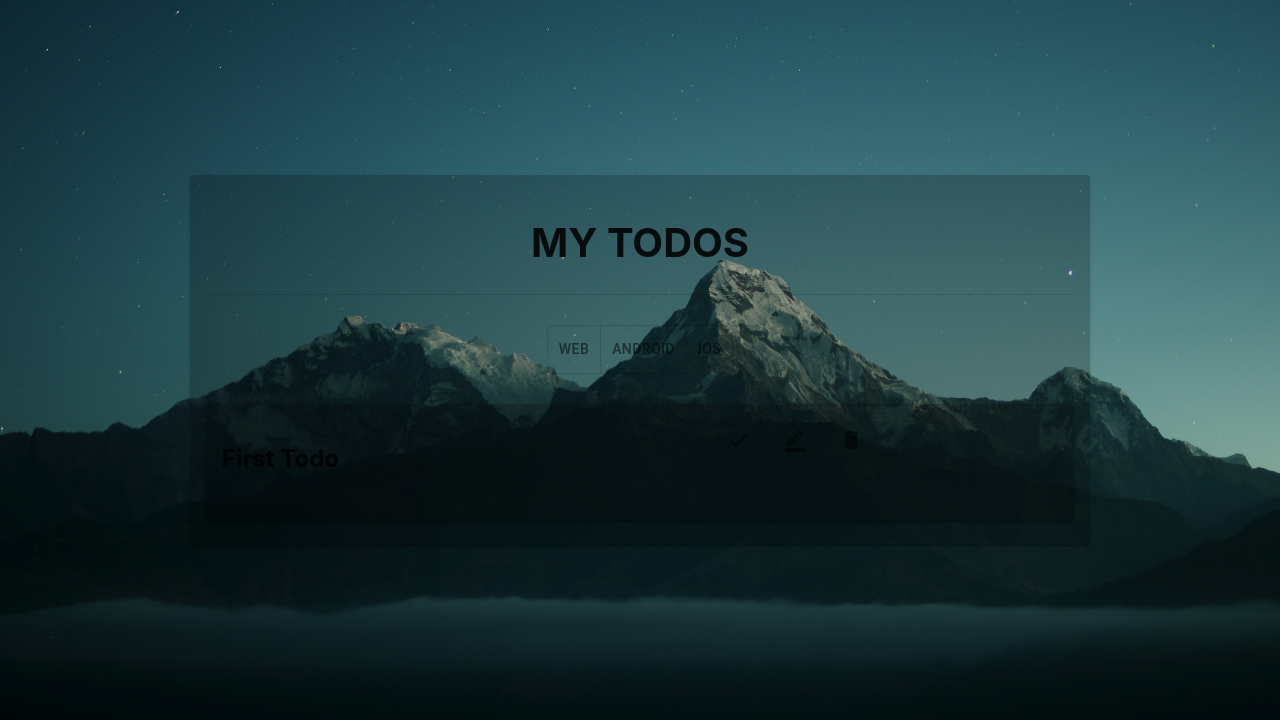
Repository: Ebadahamde/React-CRUDS-Project
Page: /
The author's editor kept a copy of each file at every save. The page is drawn from the files as they stood at one save, then again after the next save.
The browser window is 1280 px wide. The pictures show the whole page.
The project was rebuilt for these pictures with package versions that can differ from the ones it lists, and the page was loaded fresh each time.

Above is the page before, as saved 2025-08-23 16:30:09.

After the next save:
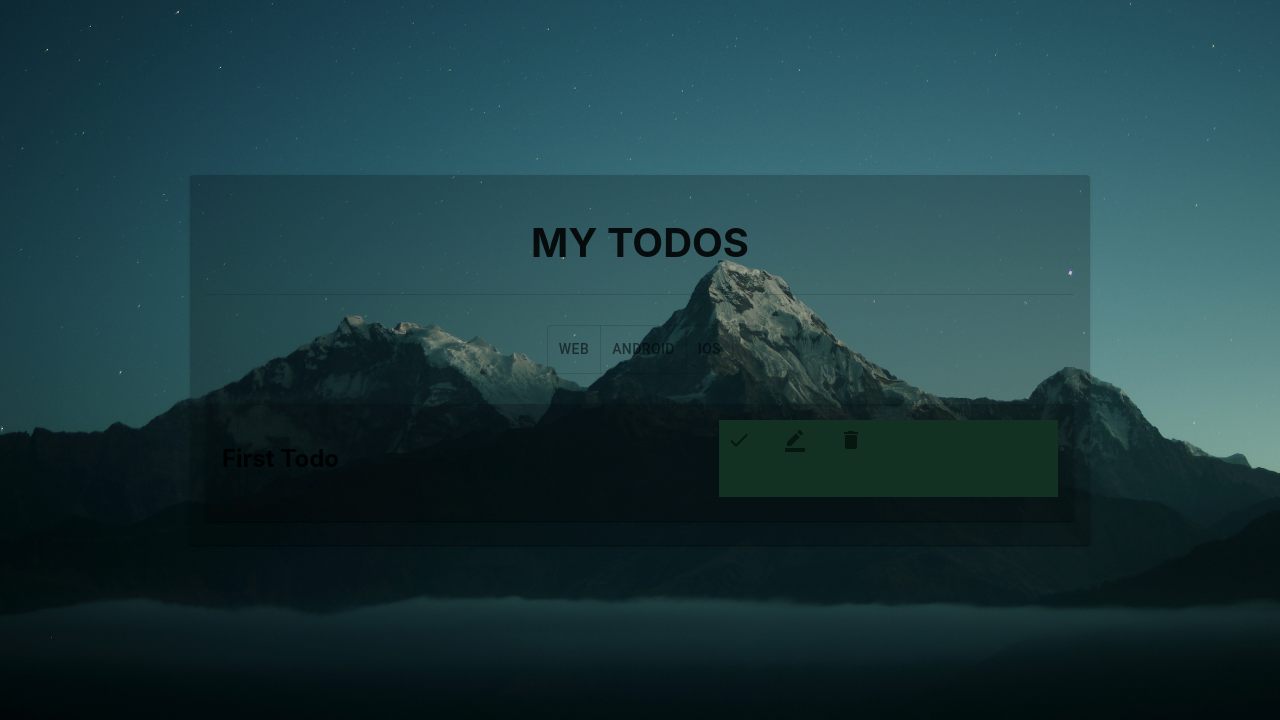
Saved 4 s later.
--- a/src/Componends/todo.js
+++ b/src/Componends/todo.js
@@ -16,7 +16,7 @@ export default function Todo() {
           <Grid size={7}>
             <h3 style={{ fontSize: "24px", textAlign: "left" }}>First Todo</h3>
           </Grid>
-          <Grid  sx={{background:""}} size={5}>
+          <Grid  sx={{background:"#123123"}} size={5}>
             <>
               <Stack direction="row" spacing={2} >
                 <IconButton >
